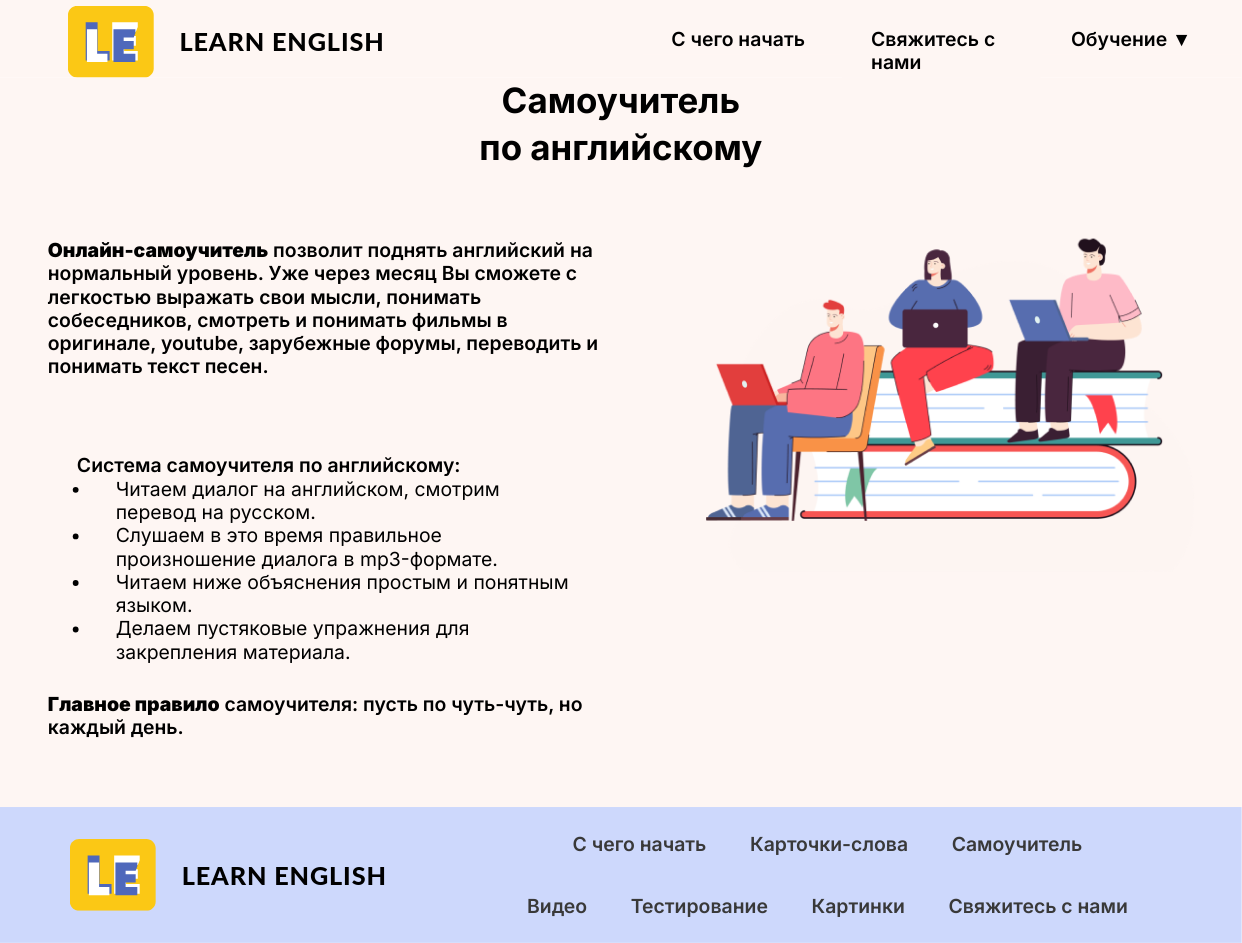
Repository: WladimirVA/Diplom
Page: scool/lesson.html
These files come from the project's save history. The page is drawn as it stood at one moment and after the next save; the edit follows.
The browser window is 1280 px wide. The pictures show the whole page, at 97% of full size.

Above is the page before, as saved 2023-07-19 16:26:24.

After the next save:
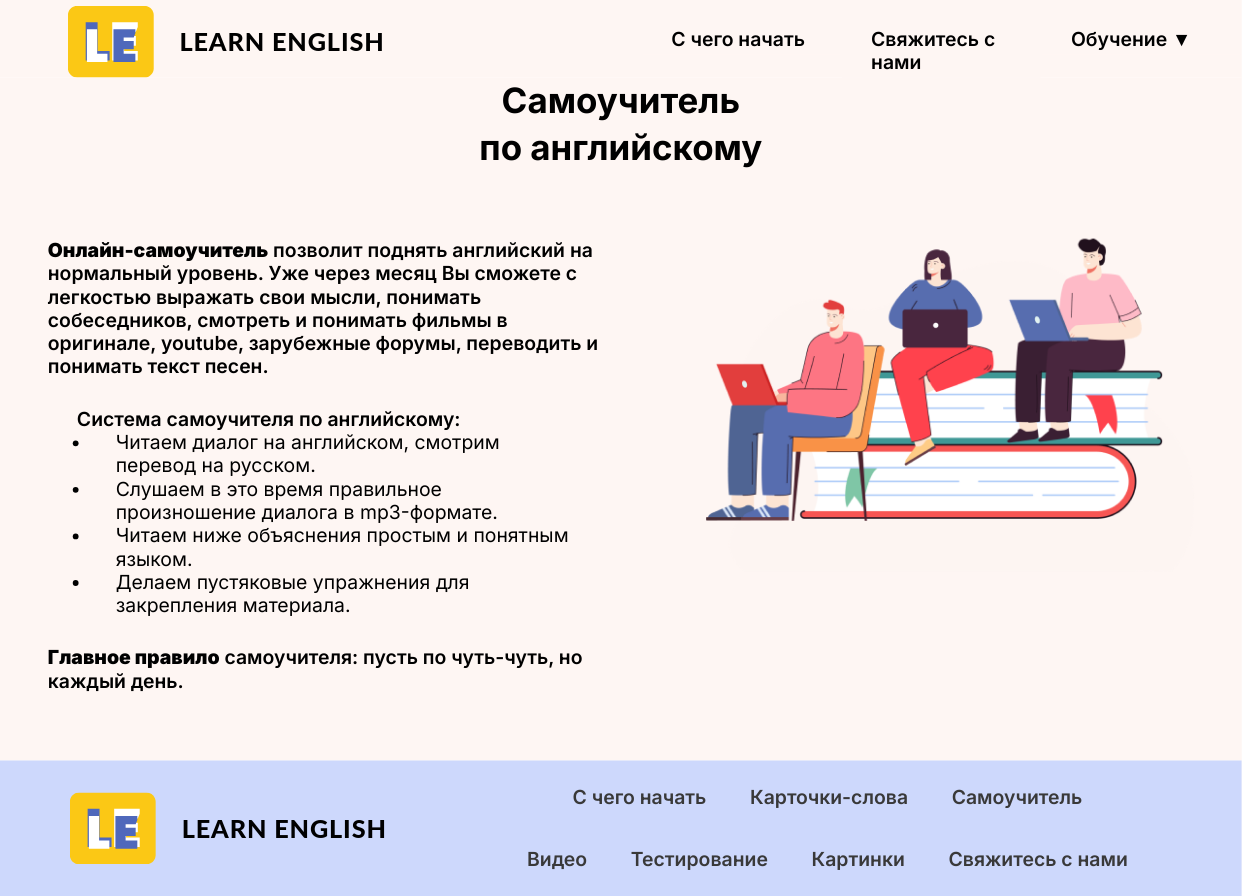
Saved 9 s later.
--- a/scool/lesson.html
+++ b/scool/lesson.html
@@ -48,7 +48,7 @@
                 <h1 class="tutorial-h1">Самоучитель <br>по английскому</h1>
                 <div class="content-tutorial">
                     <div class="tutorial-inf">
-                        <p><span  style="font-weight:900"> Онлайн-самоучитель</span> позволит поднять английский на нормальный уровень. Уже через месяц Вы сможете с легкостью выражать свои мысли, понимать собеседников, смотреть и понимать фильмы в оригинале, youtube, зарубежные форумы, переводить и понимать текст песен. <br><br><br></p>
+                        <p><span  style="font-weight:900"> Онлайн-самоучитель</span> позволит поднять английский на нормальный уровень. Уже через месяц Вы сможете с легкостью выражать свои мысли, понимать собеседников, смотреть и понимать фильмы в оригинале, youtube, зарубежные форумы, переводить и понимать текст песен.</p>
                             <ul><p>Система самоучителя по английскому:</p>
                                 <li>Читаем диалог на английском, смотрим перевод на русском.</li>
                                 <li>Слушаем в это время правильное произношение диалога в mp3-формате.</li>
